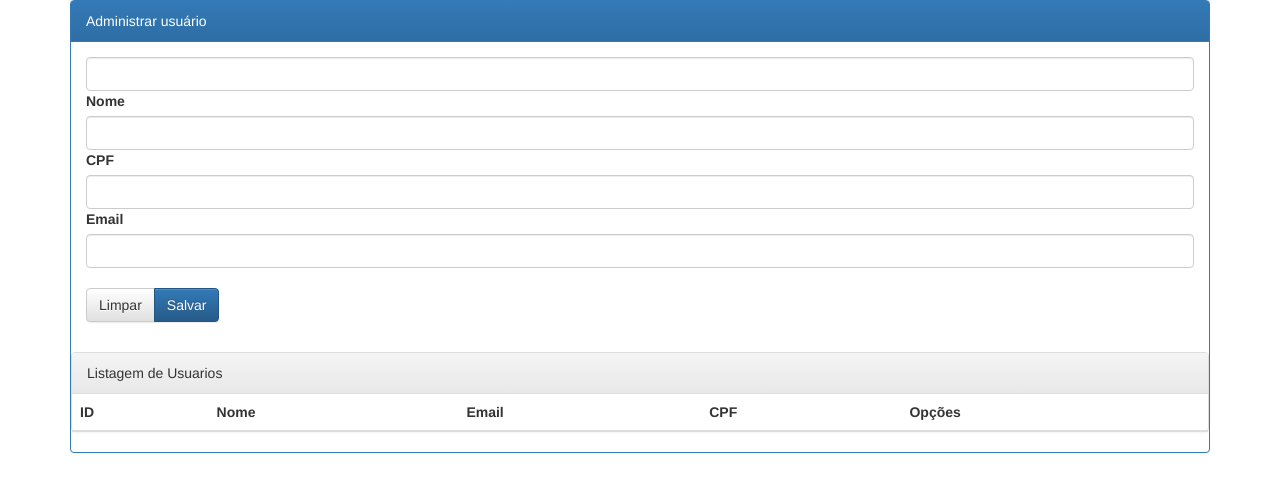
Repository: heloisakrajewski/projeto-leo
Page: Projeto/pyrafilms/WebContent/index.html
An editor plug-in stored every save of this project. The page is shown before and after the next save, followed by the edit.
The browser window is 1280 px wide. The pictures show the whole page.
The page's requests for data from a server got no answer.

Above is the page before, as saved 2016-11-22 23:22:02.

After the next save:
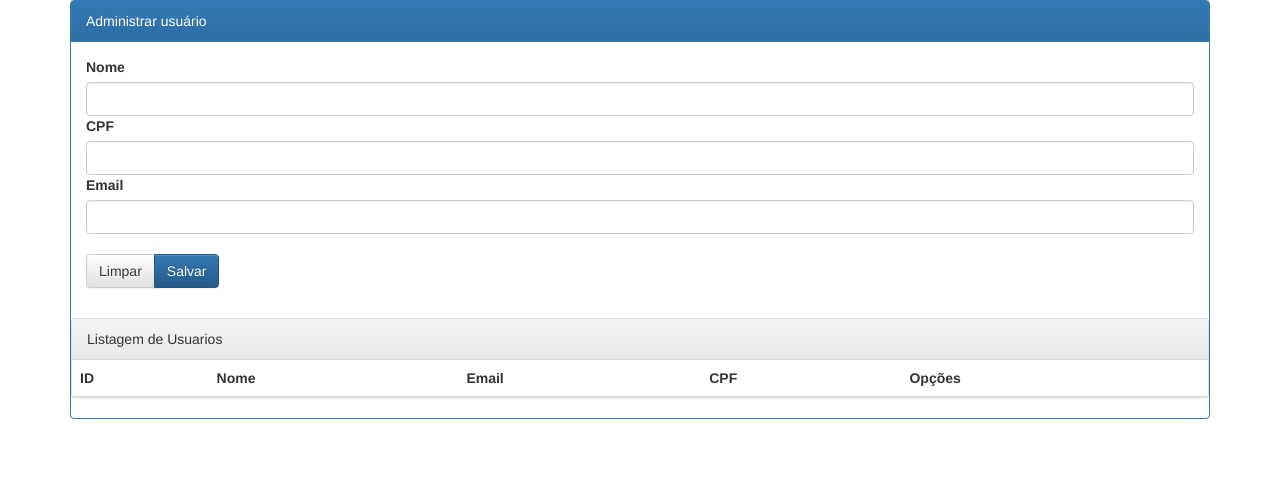
Saved 63 s later.
--- a/Projeto/pyrafilms/WebContent/index.html
+++ b/Projeto/pyrafilms/WebContent/index.html
@@ -23,7 +23,7 @@
 				<form id="criarUsuarioForm">
 					<div class="form-group">
 						<label hidden>Id</label>
-						<input type="text" class="form-control"name="id" hidden />
+						<input type="text" class="form-control hidden" name="id" />
 
 						<label>Nome</label>
 						<input type="text" class="form-control" name="nome" />
